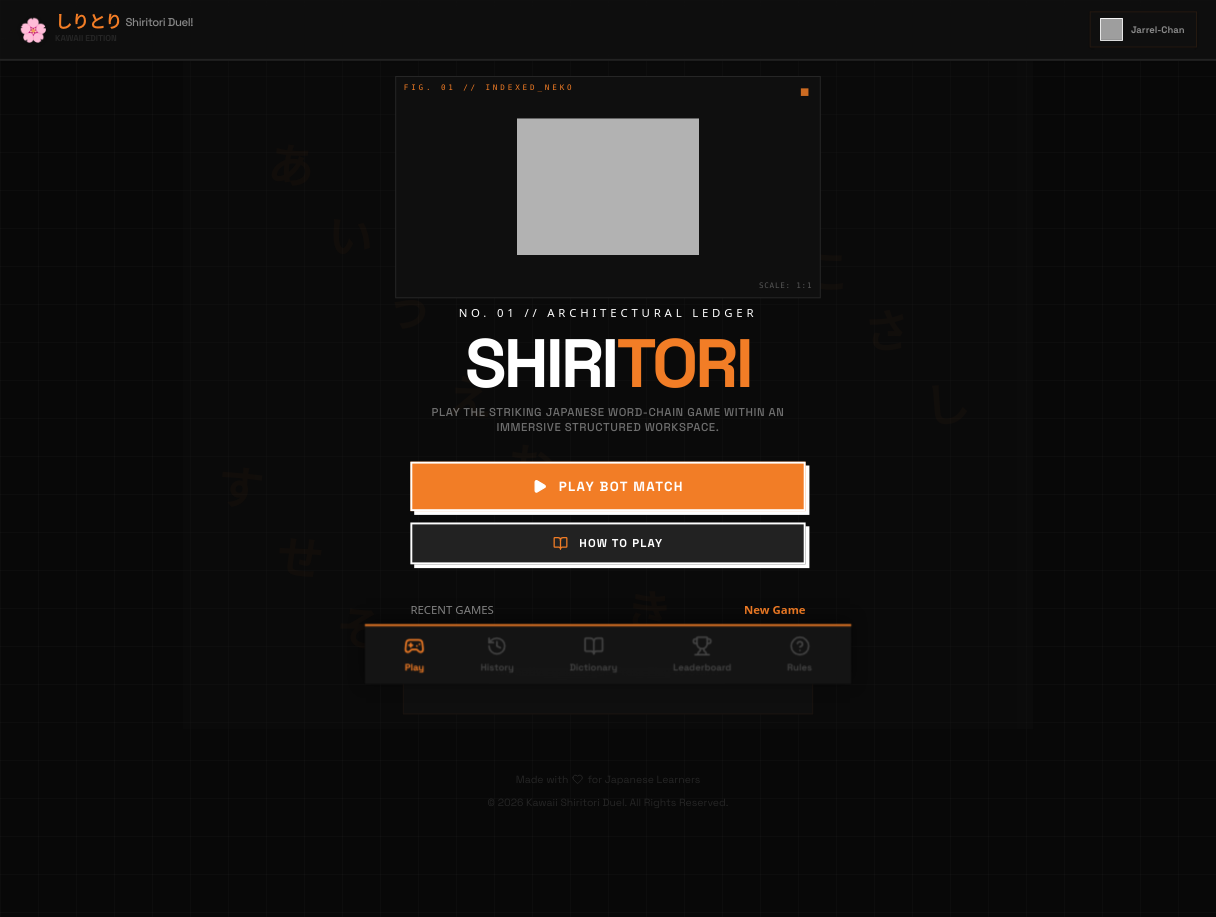
Repository: Osaka-Oaks/shiritori_game
Page: / (app in kawaii-shiritori/)
The author's editor kept a copy of each file at every save. The page is drawn from the files as they stood at one save, then again after the next save.
The browser window is 1280 px wide. The pictures show the whole page, at 95% of full size.
Pictures or frames that could not be fetched are drawn as grey boxes. Some web fonts or font styles are not loaded; a fallback is used. The project was rebuilt for these pictures with package versions that can differ from the ones it lists, and the page was loaded fresh each time. Also part of the build but not shown: kawaii-shiritori/vite.config.ts, kawaii-shiritori/src/components/AvatarPickerView.tsx, kawaii-shiritori/src/utils.ts, kawaii-shiritori/src/components/GameRoomView.tsx, kawaii-shiritori/src/components/HistoryView.tsx, kawaii-shiritori/src/components/LibraryView.tsx, kawaii-shiritori/src/components/LeaderboardView.tsx, kawaii-shiritori/src/components/RulesView.tsx and 2 more.

Above is the page before, as saved 2026-06-15 10:22:23.

After the next save:
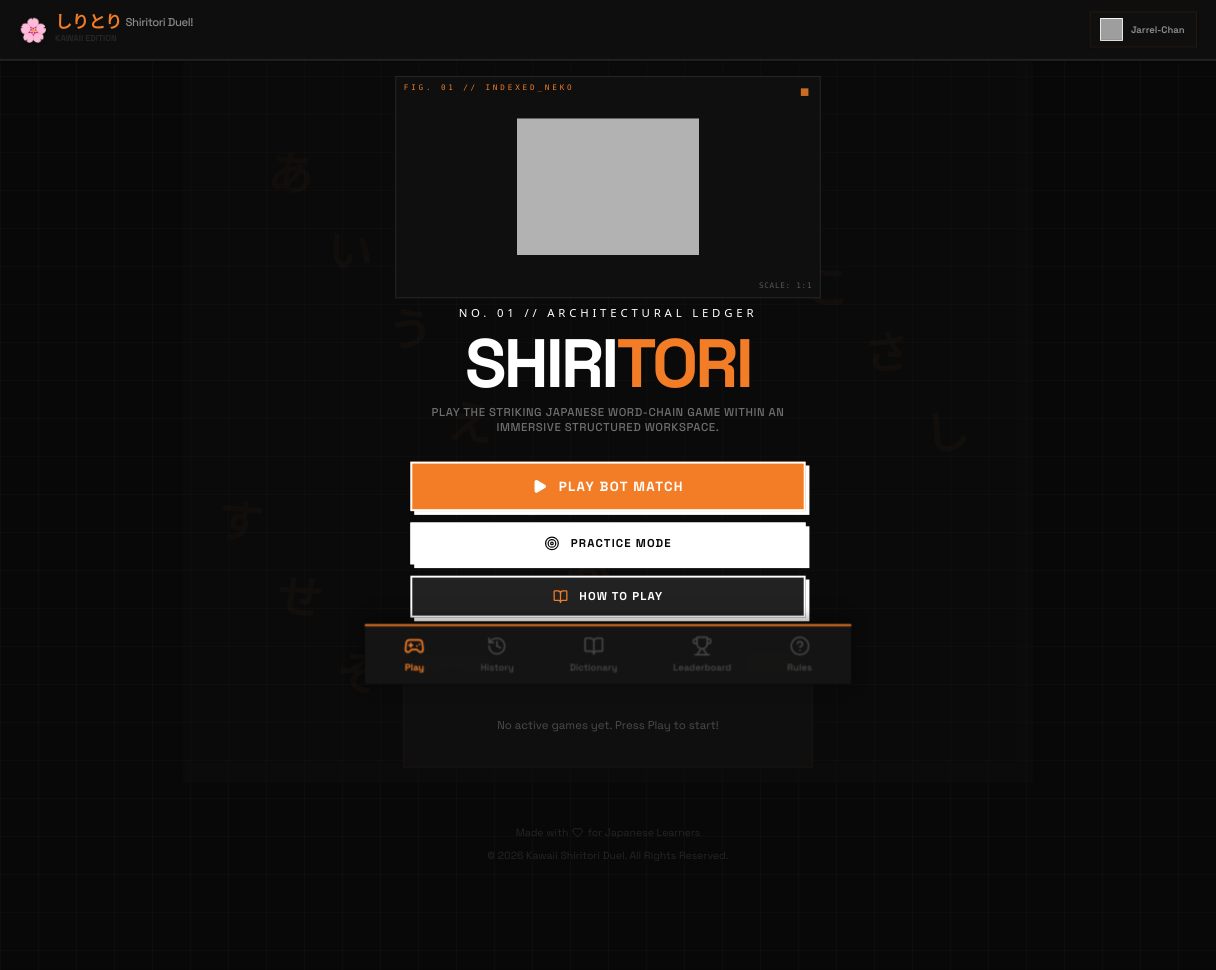
Saved 13 s later.
--- a/kawaii-shiritori/src/components/HomeView.tsx
+++ b/kawaii-shiritori/src/components/HomeView.tsx
@@ -1,7 +1,7 @@
 import React from "react";
 import { PlayerProfile, MatchHistory } from "../types";
 import { motion } from "motion/react";
-import { Play, BookOpen, RefreshCw, ChevronRight, User, Cpu } from "lucide-react";
+import { Play, BookOpen, RefreshCw, ChevronRight, User, Cpu, Target } from "lucide-react";
 
 interface HomeViewProps {
   profile: PlayerProfile;
@@ -9,6 +9,7 @@
   onStartGame: () => void;
   onOpenRules: () => void;
   onSelectMatch: (m: MatchHistory) => void;
+  onOpenPractice?: () => void;
 }
 
 const KANA_LIST = ['あ', 'い', 'う', 'え', 'お', 'か', 'き', 'く', 'け', 'こ', 'さ', 'し', 'す', 'せ', 'そ', 'た', 'ち', 'つ', 'て', 'と', 'な', 'に', 'ぬ', 'ね', 'の', 'は', 'ひ', 'ふ', 'へ'];
@@ -19,6 +20,7 @@
   onStartGame,
   onOpenRules,
   onSelectMatch,
+  onOpenPractice,
 }: HomeViewProps) {
   // Generate random static positions for background kana floating
   const floatingKana = React.useMemo(() => {
@@ -108,6 +110,16 @@
           </motion.button>
 
           <motion.button
+            onClick={onOpenPractice}
+            whileHover={{ scale: 1.01 }}
+            whileTap={{ scale: 0.99 }}
+            className="squish-btn w-full bg-secondary text-on-secondary font-display-game font-bold py-3 px-6 rounded-none flex items-center justify-center gap-3 transition-all cursor-pointer text-xs uppercase tracking-widest border border-secondary/40"
+          >
+            <Target className="w-4 h-4" />
+            Practice Mode
+          </motion.button>
+
+          <motion.button
             onClick={onOpenRules}
             whileHover={{ scale: 1.01 }}
             whileTap={{ scale: 0.99 }}
